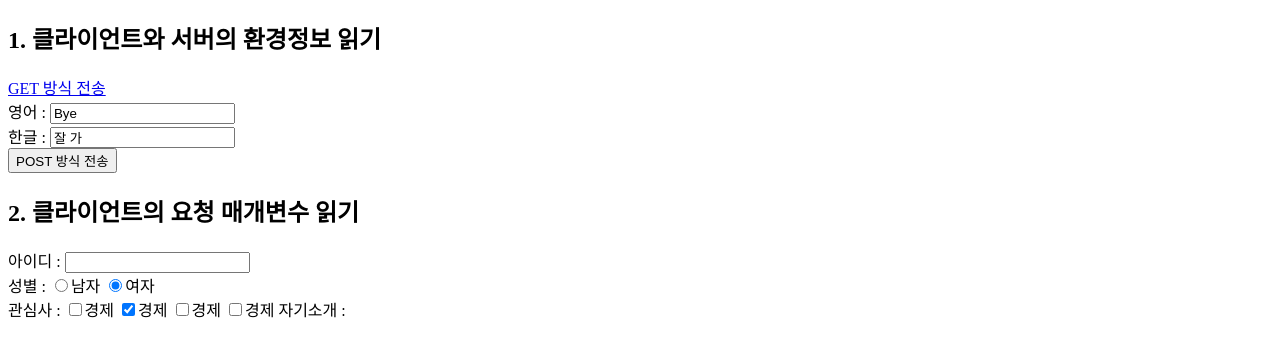
Repository: iamstudybox00/JSP_Servlet
Page: http://localhost/MustHaveJSP/02ImplicitObject/RequestMain.jsp
The author's editor kept a copy of each file at every save. The page is drawn from the files as they stood at one save, then again after the next save.
The browser window is 1280 px wide. The pictures show the whole page.
The page is served by Tomcat 10.

Above is the page before, as saved 2025-05-02 05:52:21.

After the next save:
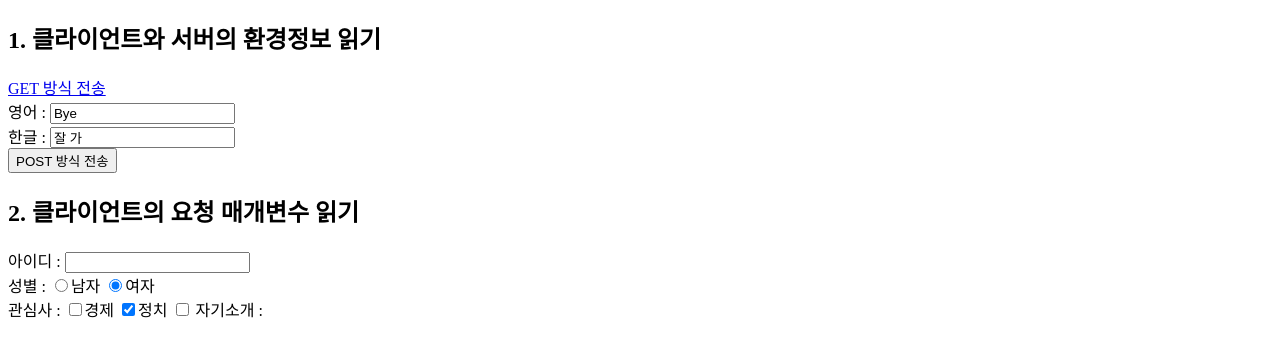
Saved 16 s later.
--- a/MustHaveJSP/src/main/webapp/02ImplicitObject/RequestMain.jsp
+++ b/MustHaveJSP/src/main/webapp/02ImplicitObject/RequestMain.jsp
@@ -27,9 +27,8 @@
 			<br/>
 			관심사 :
 			<input type="checkbox" name="favo" value="eco" />경제
-			<input type="checkbox" name="favo" value="eco" checked="checked" />경제
-			<input type="checkbox" name="favo" value="eco" />경제
-			<input type="checkbox" name="favo" value="eco" />경제
+			<input type="checkbox" name="favo" value="pol" checked="checked" />정치
+			<input type="checkbox" name="favo" value="ent" />
 			자기소개 :
 		</form>
 	</body>
